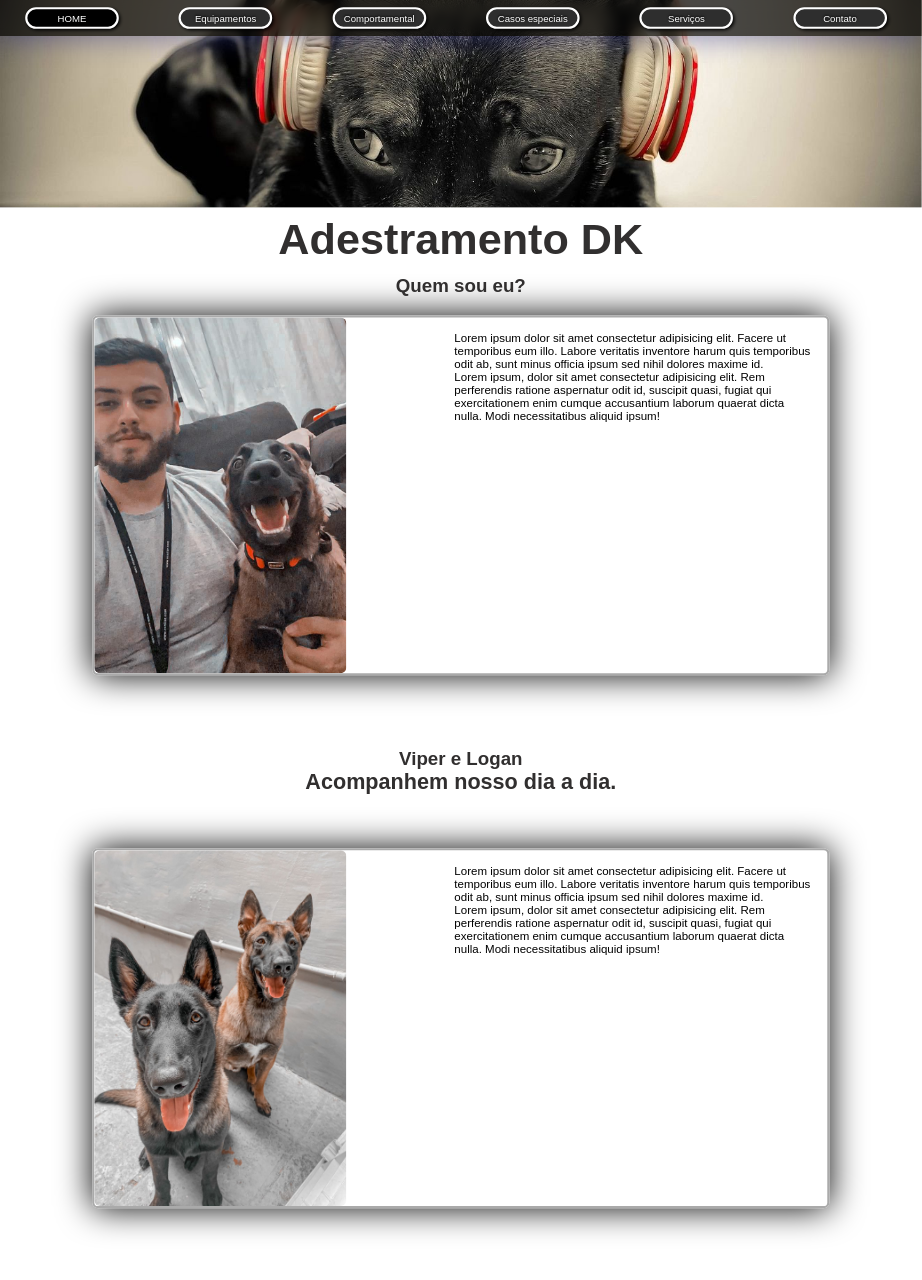
Repository: KevynMarques/Blog-React-StyledComponent
Page: /
These files come from the project's save history. The page is drawn as it stood at one moment and after the next save; the edit follows.
The browser window is 1280 px wide. The pictures show the whole page, at 72% of full size.
The project was rebuilt for these pictures with package versions that can differ from the ones it lists, and the page was loaded fresh each time. Also part of the build but not shown: src/Components/Equipamentos/style.jsx, src/Components/Equipamentos/index.jsx, src/Components/Comportamental/style.jsx, src/Components/Comportamental/index.jsx, src/Components/Clientes/style.jsx, src/Components/Clientes/index.jsx, src/Components/Serviços/index.jsx, src/Components/Contato/index.jsx.

Above is the page before, as saved 2022-02-11 13:14:54.

After the next save:
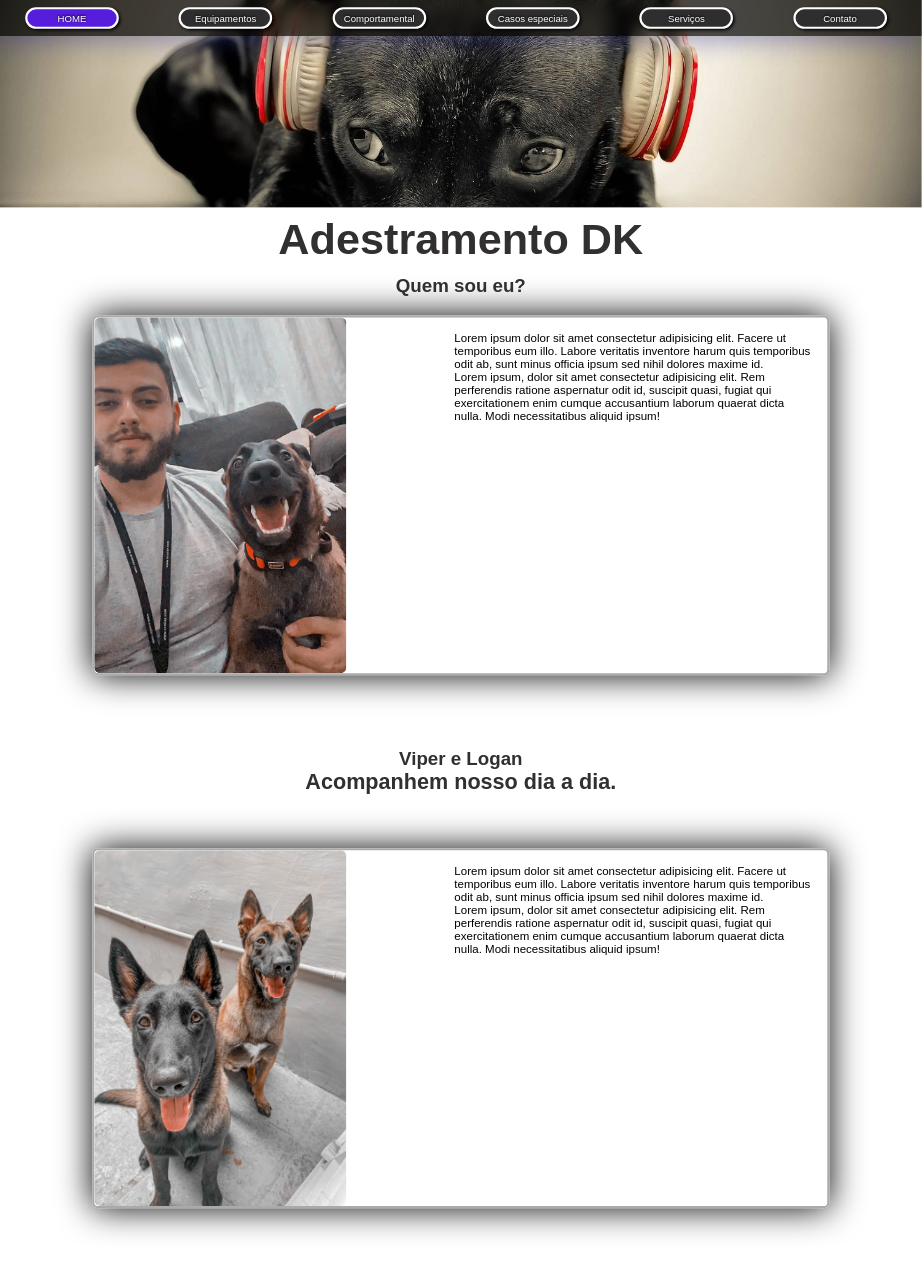
Saved 10 s later.
--- a/src/Components/Home/index.jsx
+++ b/src/Components/Home/index.jsx
@@ -19,7 +19,7 @@ export default (props) => {
     <Home>
 
        <HomeB
-         corTeste='#000'
+         corTeste={ativo}
          onClick={() =>(props.setGeral(<Sobre />))}>
          <p>HOME</p>
        </HomeB>
